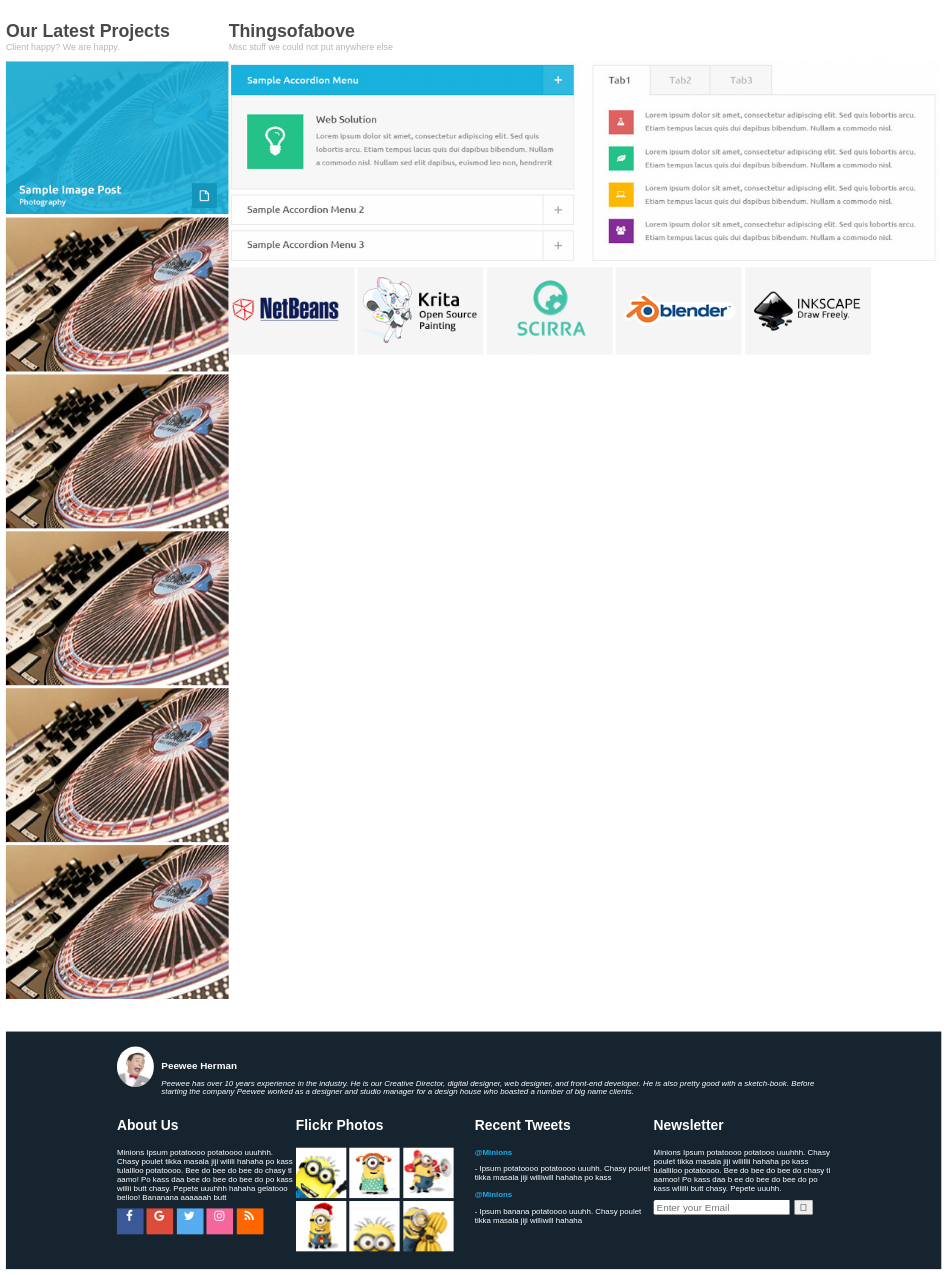
Repository: atran02/project1
Page: index.html
An editor plug-in stored every save of this project. The page is shown before and after the next save, followed by the edit.
The browser window is 1280 px wide. The pictures show the whole page, at 74% of full size.

Above is the page before, as saved 2022-01-28 23:09:51.

After the next save:
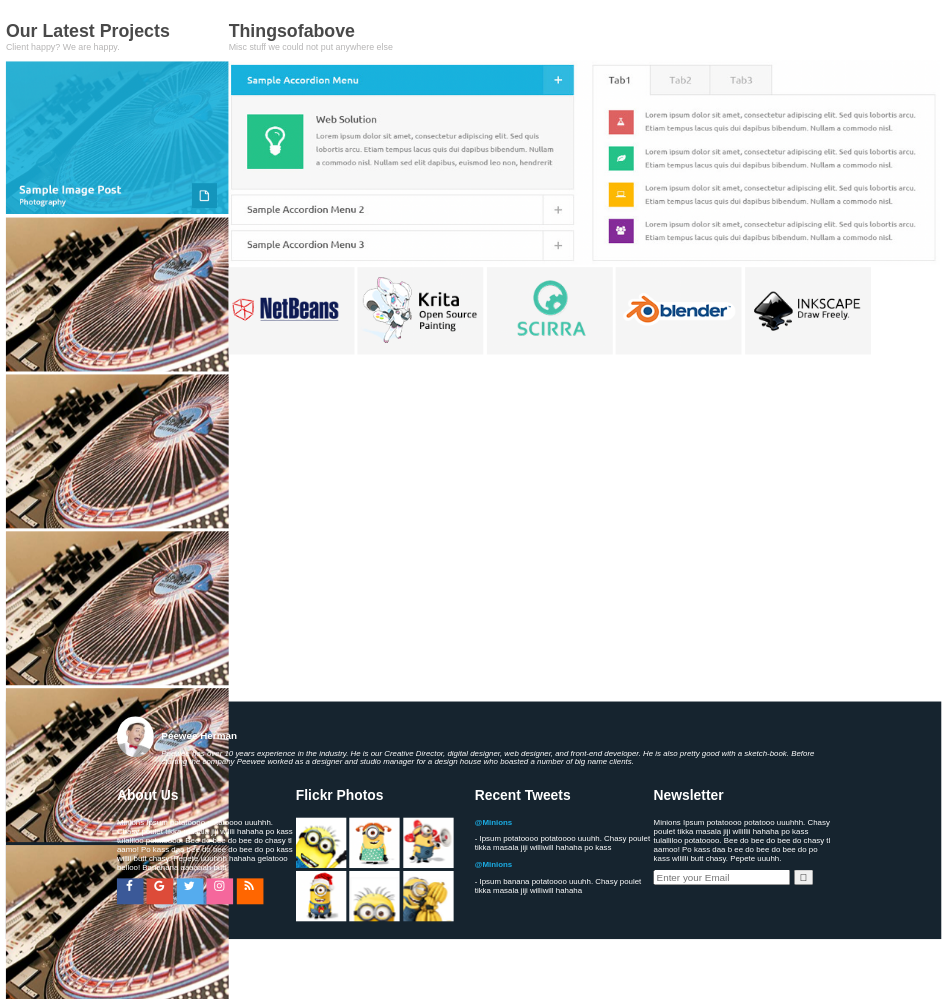
Saved 19 s later.
--- a/css/metrolics.css
+++ b/css/metrolics.css
@@ -1,7 +1,8 @@
 /* Lowerpage Draft */
 .lowerpage {
     display: flex;
-    max-width: 800px;
+    max-width: 900px;
+    max-height: 900px;
 }
 
 /*Our Latest Projects*/
